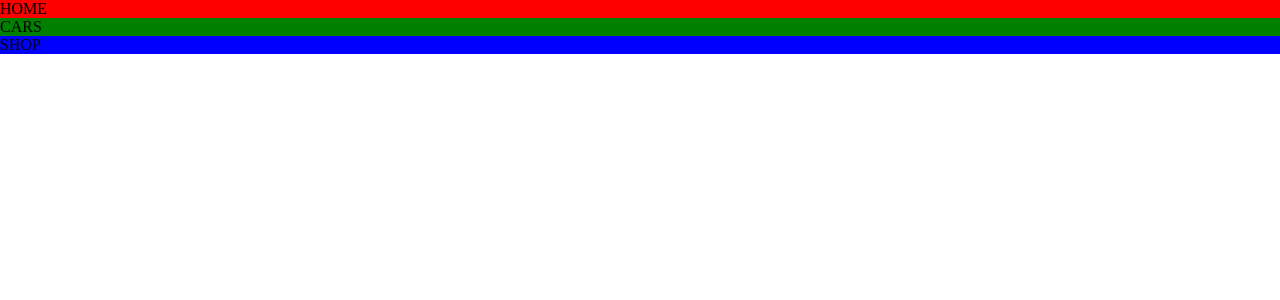
Repository: romgrm/jenaipasdevoiture
Page: src/main/java/fr/romgrm/index.html
An editor plug-in stored every save of this project. The page is shown before and after the next save, followed by the edit.
The browser window is 1280 px wide. The pictures show the whole page.

Above is the page before, as saved 2020-10-15 17:34:49.

After the next save:
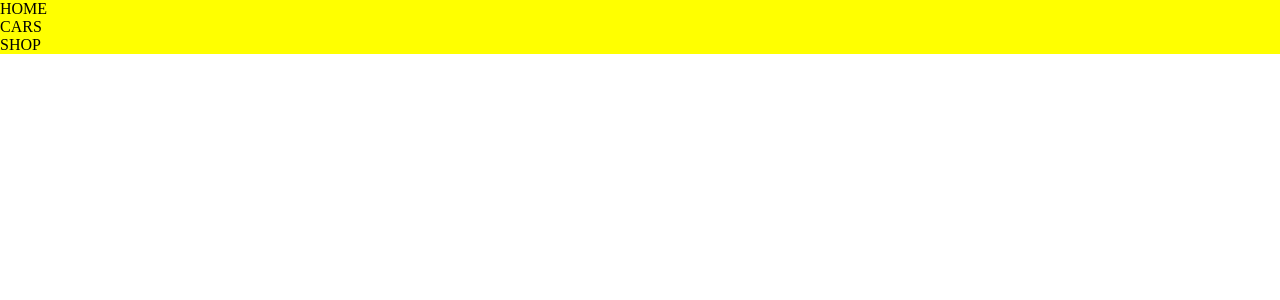
Saved 24 s later.
--- a/src/main/java/fr/romgrm/style.css
+++ b/src/main/java/fr/romgrm/style.css
@@ -3,11 +3,15 @@
     padding: 0;
 }
 
-.Container{
+#CONTAINER{
     height: 100%;
     width: 100%;
 }
 
+
+#Section{
+    background-color: yellow;
+}
 .HOME{
     background-color: red;
     margin: 0;
